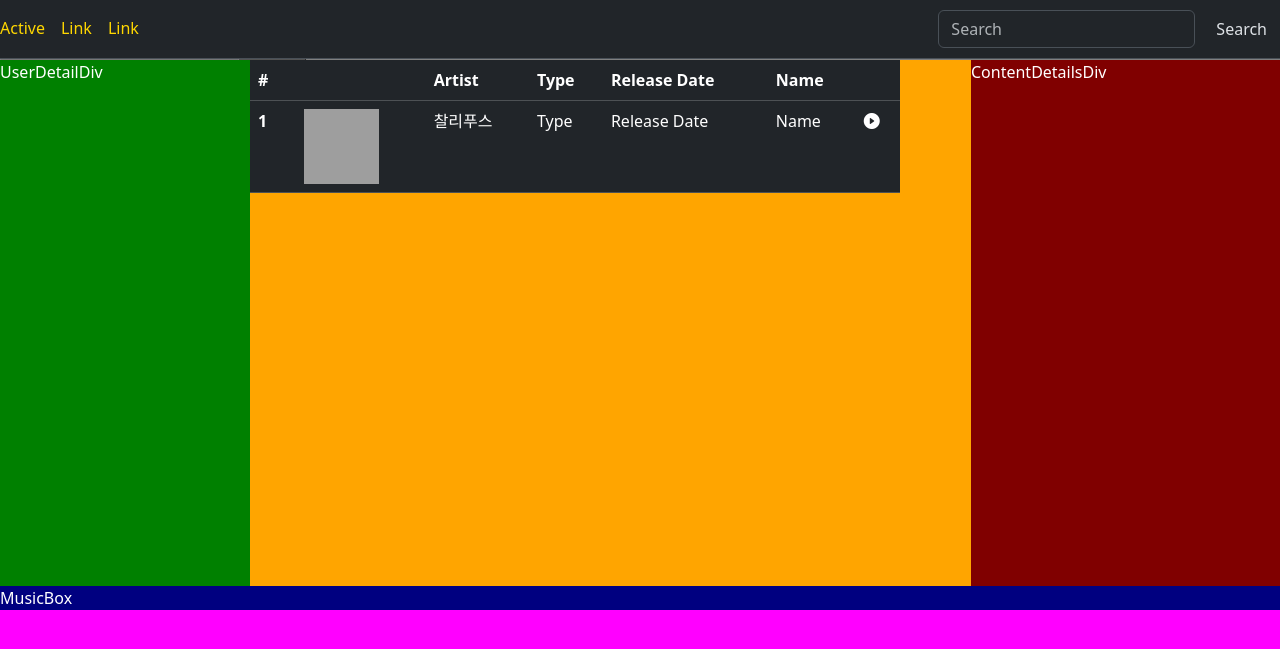
Repository: budflower44/My_Music_Life
Page: http://localhost/my_music_life/WEB-INF/views/mml/main.jsp
An editor plug-in stored every save of this project. The page is shown before and after the next save, followed by the edit.
The browser window is 1280 px wide. The pictures show the whole page.
Pictures or frames that could not be fetched are drawn as grey boxes. The page is served by Tomcat 9. Nobody is signed in. Other server files are loaded and not shown. The template is opened directly, without the code that normally fills it, so the values that code supplies are empty.

Above is the page before, as saved 2024-02-15 05:20:12.
Console error: TypeError: Cannot read properties of null (reading 'addEventListener')

### my_music_life/src/main/webapp/WEB-INF/views/mml/main.jsp
<%@ page language="java" contentType="text/html; charset=UTF-8"
    pageEncoding="UTF-8"%>
<!DOCTYPE html>
<html>
<head>
<meta charset="UTF-8">
<title>Insert title here</title>
</head>
<link rel="stylesheet" href="https://cdn.jsdelivr.net/npm/bootstrap-icons@1.10.5/font/bootstrap-icons.css">
<link href="https://cdn.jsdelivr.net/npm/bootstrap@5.3.1/dist/css/bootstrap.min.css" rel="stylesheet" integrity="sha384-4bw+/aepP/YC94hEpVNVgiZdgIC5+VKNBQNGCHeKRQN+PtmoHDEXuppvnDJzQIu9" crossorigin="anonymous">
<script src="https://cdn.jsdelivr.net/npm/@popperjs/core@2.11.8/dist/umd/popper.min.js" integrity="sha384-I7E8VVD/ismYTF4hNIPjVp/Zjvgyol6VFvRkX/vR+Vc4jQkC+hVqc2pM8ODewa9r" crossorigin="anonymous"></script>
<script src="https://cdn.jsdelivr.net/npm/bootstrap@5.3.1/dist/js/bootstrap.min.js" integrity="sha384-Rx+T1VzGupg4BHQYs2gCW9It+akI2MM/mndMCy36UVfodzcJcF0GGLxZIzObiEfa" crossorigin="anonymous"></script>
<style>
body{

	background-color : black;
	color: white;
	padding: 0;
	margin: 0;
}
.parentsDiv{
	height: 100vh;
	width: 100vw;
	display: flex;
	flex-direction: column;
}
.HeaderDiv{
	background-color: aqua;
	height: 60px;
}
.MidDiv{
	background-color: blue;
	height: calc(100vh - 214px);
	min-height: calc(100vh - 194px);
	display:flex;
}
.FooterDiv{
	background-color: fuchsia;
	height: 154px;
	padding: 0;
	margin: 0;
	position:sticky;
	top: calc(100vh - 214px);
}
.SearchLineDiv{
	background-color: gray;

}
.UserDetailDiv{
	background-color: green;
	width: 250px;
	min-width: 250px;
}
.ContentsDiv{
	background-color: orange;
	width: 100%;
	height:calc(100vw-550px);
	display: flex;
	justify-content: space-between;
	overflow: scroll;
}
.ContentDiv{
	background-color: lime;
	width: 70%;
	height: calc(100vw-550px);
	overflow: scroll;
	align-items: flex-start;
}
.ContentDetailsDiv{
	background-color: maroon;
	width: 30%;
	min-width: 300px;
	height: 100%
}
.MusicBox{
	background-color: navy;
	padding: 0;
	margin: 0;

}
.searchDiv{
	background-color: black;
	width: 650px;
	height: 75px;
}
.searchDiv img{
	margin-left: 10px;
}
.searchDiv span{
	text-align: center;
}
.playIcon {
	display: inline;
}

.navDiv{
	position:sticky;
}
.nav-link{
	color: gold;
}
.nav-link:hover {
	color: white;
}
</style>
<body>
<div class="parentsDiv">
	<div class="HeaderDiv">
		<div class="SearchLineDiv">
				<div class="navDiv">
					<nav class="navbar bg-dark border-bottom border-body" data-bs-theme="dark">
						<ul class="nav nav-underline justify-content-end">
							<li class="nav-item"><a class="nav-link" aria-current="page" href="#">Active</a></li>
							<li class="nav-item"><a class="nav-link" href="#">Link</a></li>
							<li class="nav-item"><a class="nav-link" href="#">Link</a></li>
						</ul>
						<form class="d-flex" role="search">
        					<input class="form-control me-2 " id="searchKeyword" type="search" placeholder="Search" aria-label="Search">
        					<button class="btn" type="button" id="searchBtn">Search</button>
      					</form>
					</nav>
				</div>
				<input type="text" id="searchKeyword"><button type="button" id="searchBtn">Search</button>
		</div>
	</div>
	<div class="MidDiv">
		<div class="UserDetailDiv">UserDetailDiv</div>
		<div class="ContentsDiv">
			<div class="contentDiv">
				<div class="searchDiv 1" id="MusicBox">
				<table class="table table-dark table-hover">
					<tr>
						<th>#<th>
						<th>Artist</th>
						<th>Type</th>
						<th>Release Date</th>
						<th>Name</th>
						<th></th>
					</tr>
					<tr>
						<th>1<th>
						<img alt="" src="https://i.scdn.co/image/ab67616d0000b273a3b39c1651a617bb09800fd8" style="height:75px; width:75px; display:inline;">
						<td>찰리푸스</td>
						<td>Type</td>
						<td>Release Date</td>
						<td>Name</td>
						<td><i class="bi bi-play-circle-fill"></i></th>
					</tr>
<!--
					<span>artistName : </span>
					<span>type</span>
					<span>release Date : </span>
					<span>name : </span>
					<div class="playIcon ">

					</div> -->
				</table>
				</div>
			</div>
			<div class="ContentDetailsDiv">ContentDetailsDiv</div>
		</div>
	</div>
	<div class="FooterDiv">
		<div class="MusicBox" >MusicBox</div>
	</div>
	<div></div>
</div>

<script src="/resources/js/spotifyAPI.js"></script>

</body>
</html>

Loaded but not shown: my_music_life/src/main/webapp/resources/js/spotifyAPI.js (910 lines, source omitted)

After the next save:
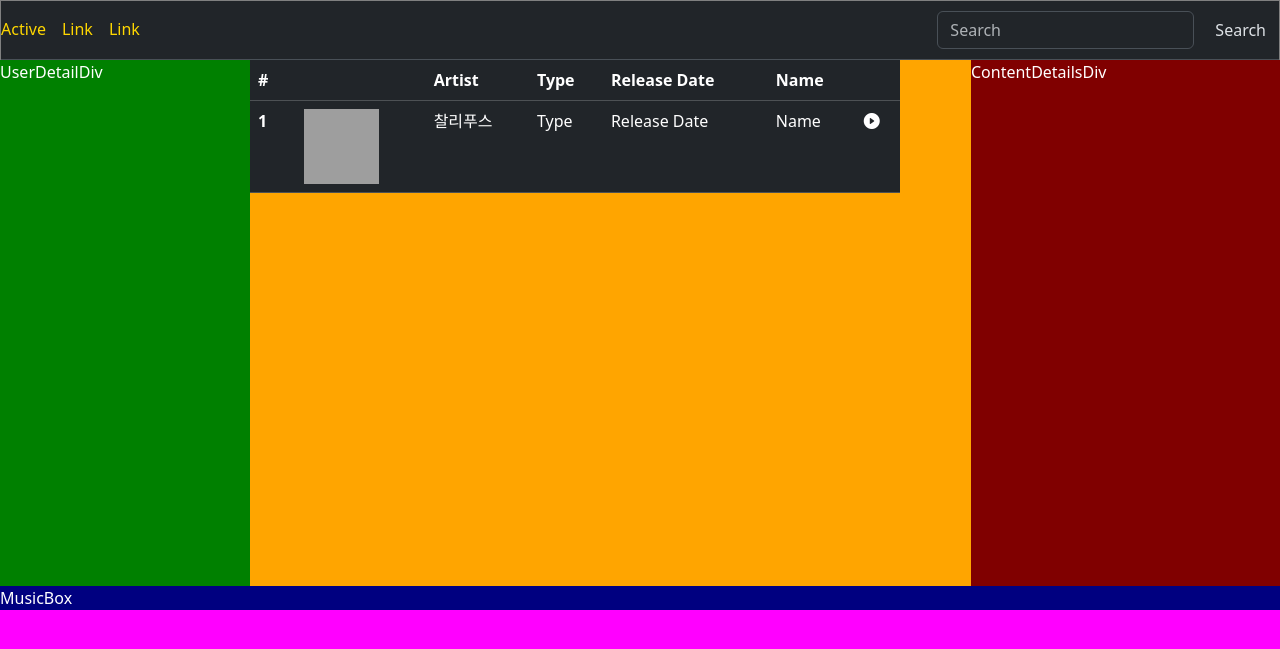
Saved 77 s later.
--- a/my_music_life/src/main/webapp/WEB-INF/views/mml/main.jsp
+++ b/my_music_life/src/main/webapp/WEB-INF/views/mml/main.jsp
@@ -95,6 +95,7 @@ body{
 
 .navDiv{
 	position:sticky;
+	padding: 1px;
 }
 .nav-link{
 	color: gold;
